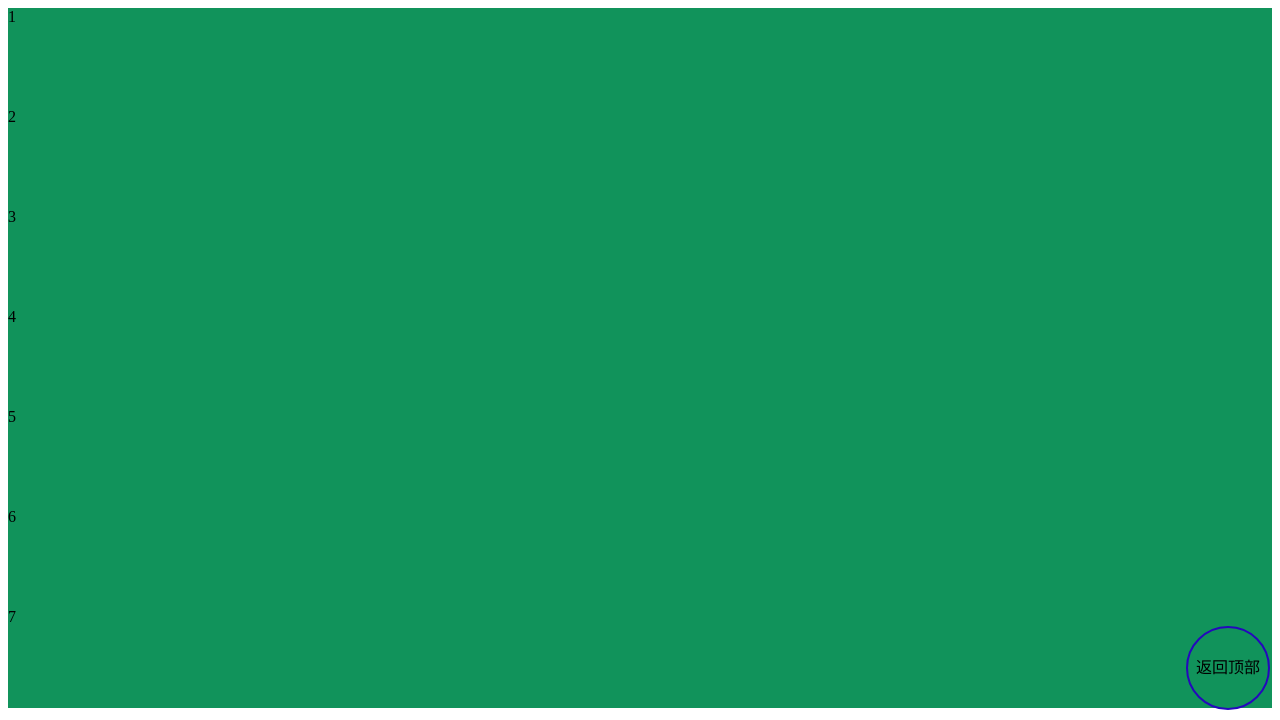
Repository: fox-summer/css-
Page: 百度新闻返回顶部.html
The author's editor kept a copy of each file at every save. The page is drawn from the files as they stood at one save, then again after the next save.
The browser window is 1280 px wide. The pictures show the whole page.

Above is the page before, as saved 2022-05-28 18:27:43.

After the next save:
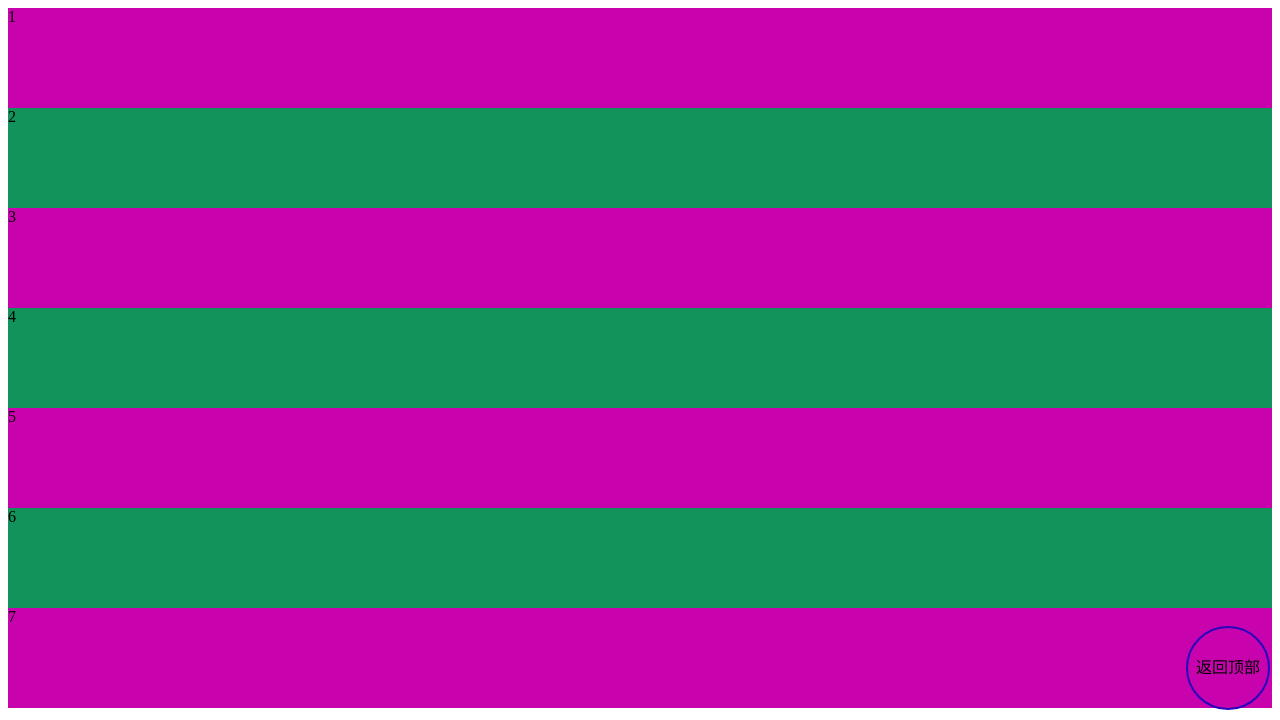
Saved 40 s later.
--- a/百度新闻返回顶部.html
+++ b/百度新闻返回顶部.html
@@ -17,9 +17,13 @@
         right: 10px;
         bottom: 10px;
       }
-      .text {
+      .text:nth-child(odd) {
         height: 100px;
         background-color: rgb(17, 147, 91);
+      }
+      .text:nth-child(even) {
+        height: 100px;
+        background-color: rgb(200, 3, 174);
       }
     </style>
   </head>
